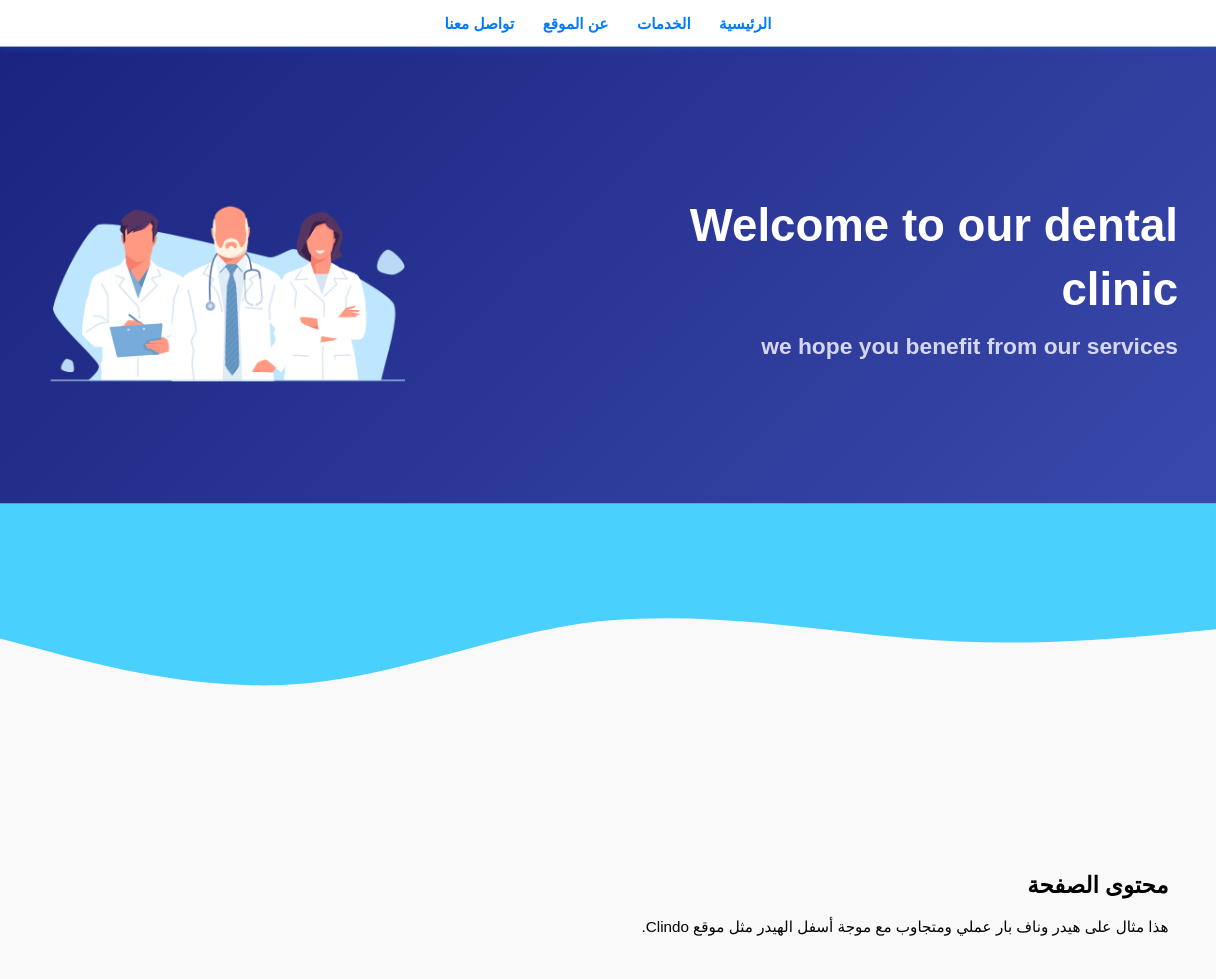
Repository: mysite4/s
Page: http://localhost/
These files come from the project's save history. The page is drawn as it stood at one moment and after the next save; the edit follows.
The browser window is 1280 px wide. The pictures show the whole page, at 95% of full size.
Some web fonts or font styles are not loaded; a fallback is used. The page is served by the project's application, run on Django 5.2 (manage.py). Other server files are loaded and not shown.

Above is the page before, as saved 2025-10-19 22:05:45.

### main/templates/home.html
{% load static %}
<!DOCTYPE html>
<html lang="ar" dir="rtl">
<head>
<meta charset="UTF-8">
<meta name="viewport" content="width=device-width, initial-scale=1.0">
<title>هيدر مثل Clindo</title>
<link href="https://fonts.googleapis.com/css2?family=Cairo:wght@200..1000&display=swap" rel="stylesheet">
<link rel="stylesheet" href="{% static 'css/style.css' %}">
</head>
<body>

<nav>
  <ul>
    <li><a href="#">الرئيسية</a></li>
    <li><a href="#">الخدمات</a></li>
    <li><a href="#">عن الموقع</a></li>
    <li><a href="#">تواصل معنا</a></li>
  </ul>
</nav>

<header>
  <div class="header-content">
    <div class="header-text">
      <h1>Welcome to our dental clinic</h1>
      <h3>we hope you benefit from our services</h3>
    </div>
    <div class="header-icon">
      <img src="{% static 'image/r.png.png' %}" alt="ريم">
    </div>
  </div>


</header>
<!-- موجة بعد الهيدر -->
<svg class="waves" xmlns="http://www.w3.org/2000/svg" viewBox="0 0 1440 320">
  <path fill="#00bfff" fill-opacity="0.7"
        d="M0,160L60,176C120,192,240,224,360,213.3C480,203,600,149,720,138.7C840,128,960,149,1080,160C1200,171,1320,160,1380,154.7L1440,149L1440,0L0,0Z">
  </path>
</svg>

<main>
  <h2>محتوى الصفحة</h2>
  <p>هذا مثال على هيدر وناف بار عملي ومتجاوب مع موجة أسفل الهيدر مثل موقع Clindo.</p>
</main>

</body>
</html>

### mysite/urls.py
"""
URL configuration for mysite project.

The `urlpatterns` list routes URLs to views. For more information please see:
    https://docs.djangoproject.com/en/5.2/topics/http/urls/
Examples:
Function views
    1. Add an import:  from my_app import views
    2. Add a URL to urlpatterns:  path('', views.home, name='home')
Class-based views
    1. Add an import:  from other_app.views import Home
    2. Add a URL to urlpatterns:  path('', Home.as_view(), name='home')
Including another URLconf
    1. Import the include() function: from django.urls import include, path
    2. Add a URL to urlpatterns:  path('blog/', include('blog.urls'))
"""
from django.contrib import admin
from django.urls import path, include

urlpatterns = [
    path('admin/', admin.site.urls),
    path('', include('main.urls')),
]

### main/static/css/style.css
/* إعدادات عامة */
html, body {
  margin: 0;
  padding: 0;
  width: 100%;
  font-family: 'Cairo', sans-serif;
  background-color: #f9f9f9;
}

/* Navbar */
nav {
  width: 100%;
  background-color: #ffffff;
  box-shadow: 0 4px 8px rgba(0, 123, 255, 0.2);
  position: fixed;
  top: 0;
  z-index: 1000;
}

nav ul {
  display: flex;
  justify-content: center;
  list-style: none;
  margin: 0;
  padding: 0 30px;
}

nav ul li {
  margin: 0 15px;
}

nav ul li a {
  text-decoration: none;
  color: #007bff;
  font-weight: 600;
  padding: 15px 0;
  display: inline-block;
  transition: color 0.3s, border-bottom 0.3s;
}

nav ul li a:hover {
  color: #0056b3;
  border-bottom: 3px solid #007bff;
}

/* Header */
/* Header */
header {
  position: relative;
  width: 100%;
  min-height: 450px; /* صغرنا الهيدر من 550px إلى 450px */
  overflow: hidden;
  background: linear-gradient(135deg, #1a237e, #3949ab); /* تدرج أزرق غامق */
  display: flex;
  flex-direction: column;
  justify-content: center;
  align-items: center;
  padding: 80px 0 0 0; /* قللنا padding أعلى */
}


/* محتوى الهيدر (نصوص + صورة) */
.header-content {
  display: flex;
  flex-direction: row;
  justify-content: space-between;
  align-items: center;
  width: 100%;
  max-width: 1200px;
  padding: 0 50px;
}

.header-text {
  color: white;
  max-width: 50%;
  text-align: right;
  line-height: 1.4;
}

.header-text h1 {
  font-size: 48px;
  margin: 0;
}

.header-text h3 {
  font-size: 24px;
  margin-top: 10px;
  color: rgba(255,255,255,0.8);
}

/* صورة الهيدر */
.header-icon img {
  width: 400px;
  height: auto;
  border-radius: 15px;
}

/* محتوى الصفحة */
main {
  padding: 30px 50px;
  margin-top: 50px;
}

/* Media Queries */
@media (max-width: 992px) {
  .header-content {
    flex-direction: column;
    text-align: center;
    padding: 0 20px;
  }

  .header-text {
    max-width: 100%;
    margin-bottom: 20px;
    text-align: center;
  }

  .header-icon img {
    width: 80%;
  }

  nav ul {
    justify-content: center;
  }
}

Loaded but not shown: main/views.py (common file); main/urls.py (common file)

After the next save:
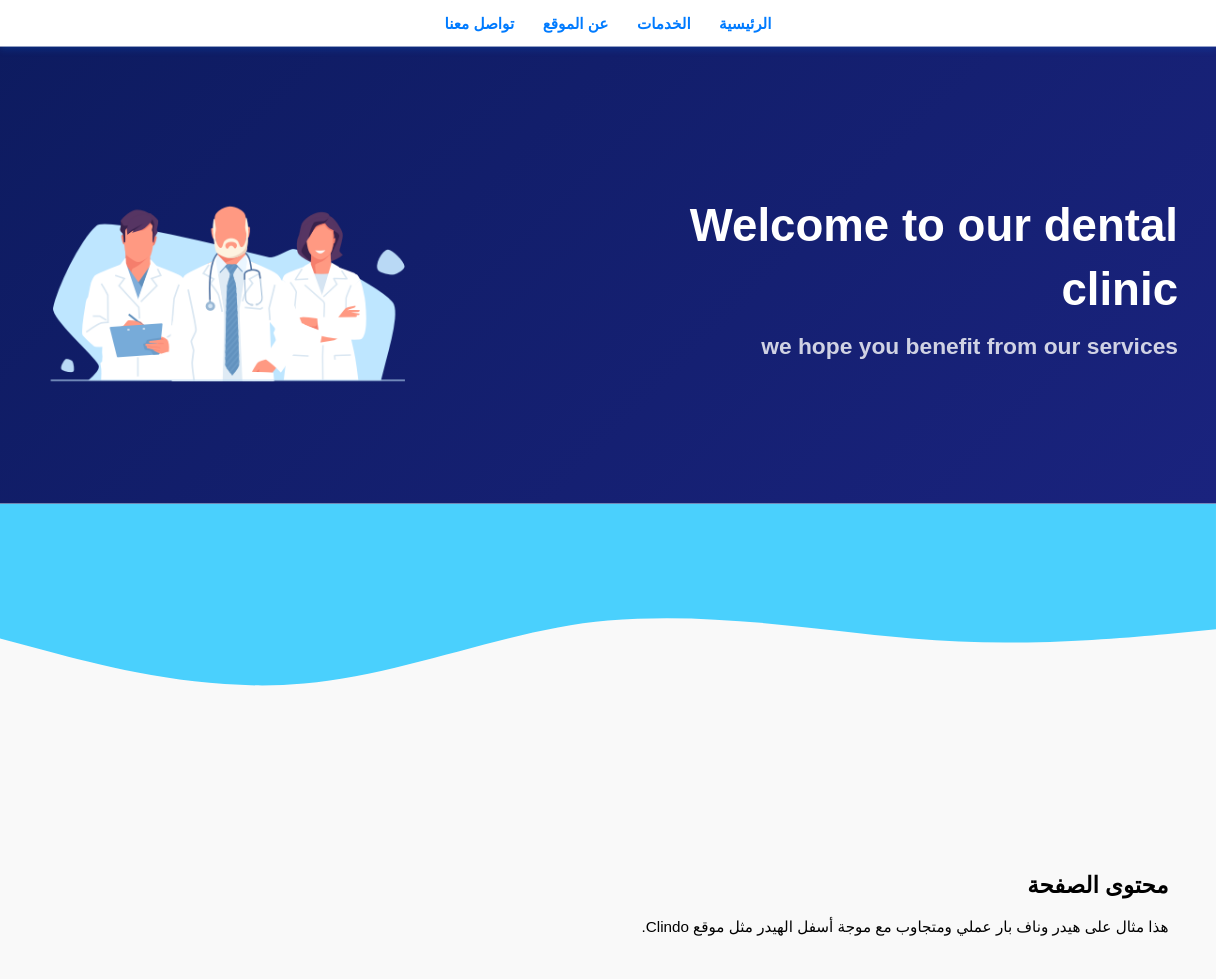
Saved 50 s later.
--- a/main/static/css/style.css
+++ b/main/static/css/style.css
@@ -48,15 +48,16 @@ nav ul li a:hover {
 header {
   position: relative;
   width: 100%;
-  min-height: 450px; /* صغرنا الهيدر من 550px إلى 450px */
+  min-height: 450px; /* ارتفاع الهيدر */
   overflow: hidden;
-  background: linear-gradient(135deg, #1a237e, #3949ab); /* تدرج أزرق غامق */
+  background: linear-gradient(135deg, #0d1b5f, #1a237e); /* تدرج أزرق غامق أقوى */
   display: flex;
   flex-direction: column;
   justify-content: center;
   align-items: center;
-  padding: 80px 0 0 0; /* قللنا padding أعلى */
+  padding: 80px 0 0 0;
 }
+
 
 
 /* محتوى الهيدر (نصوص + صورة) */
